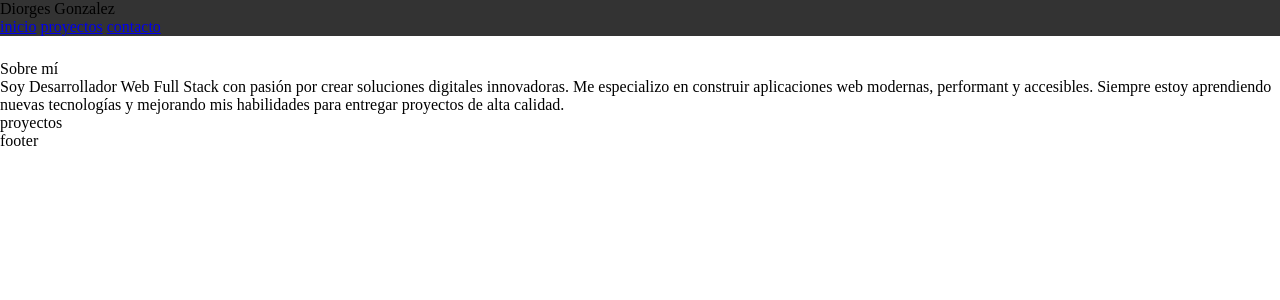
Repository: DenLion09/DenLion09.dots
Page: javascipt_withow_filter/basic/ejercisios/portfolio2/index.html
These files come from the project's save history. The page is drawn as it stood at one moment and after the next save; the edit follows.
The browser window is 1280 px wide. The pictures show the whole page.

Above is the page before, as saved 2026-05-17 23:01:08.

### javascipt_withow_filter/basic/ejercisios/portfolio2/index.html
<!doctype html>
<html lang="es">
  <head>
    <meta charset="UTF-8" />
    <meta name="viewport" content="width=device-width, initial-scale=1.0" />
    <link rel="stylesheet" href="style.css" />
    <title>Document</title>
  </head>
  <body>
    <header>
      <p>Diorges Gonzalez</p>
      <nav class="movile-nav">
        <a href="#inicio">inicio</a> <a href="#proyectos">proyectos</a>
        <a href="#contacto">contacto</a>
      </nav>
    </header>
    <section id="sobre-mi">
      <p>Sobre mí</p>
      <p>
        Soy Desarrollador Web Full Stack con pasión por crear soluciones
        digitales innovadoras. Me especializo en construir aplicaciones web
        modernas, performant y accesibles. Siempre estoy aprendiendo nuevas
        tecnologías y mejorando mis habilidades para entregar proyectos de alta
        calidad.
      </p>
    </section>
    <section id="proyectos">
      <p>proyectos</p>
    </section>
    <footer>
      <p>footer</p>
    </footer>
  </body>
</html>

### javascipt_withow_filter/basic/ejercisios/portfolio2/style.css
* {
  margin: 0%;
  padding: 0%;
  box-sizing: border-box;
}

body {
  padding-top: 60px;
}

header {
  position: fixed;
  top: 0;
  width: 100%;
  background: #333;
}

After the next save:
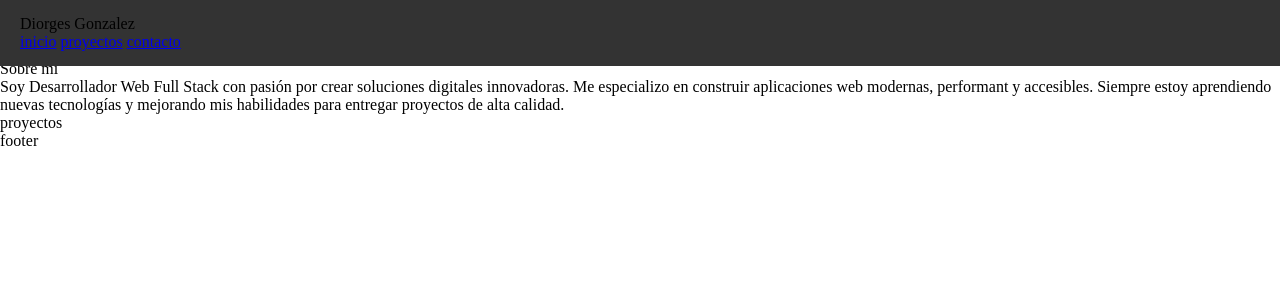
Saved 27 s later.
--- a/javascipt_withow_filter/basic/ejercisios/portfolio2/style.css
+++ b/javascipt_withow_filter/basic/ejercisios/portfolio2/style.css
@@ -13,4 +13,5 @@ header {
   top: 0;
   width: 100%;
   background: #333;
+  padding: 15px 20px;
 }
